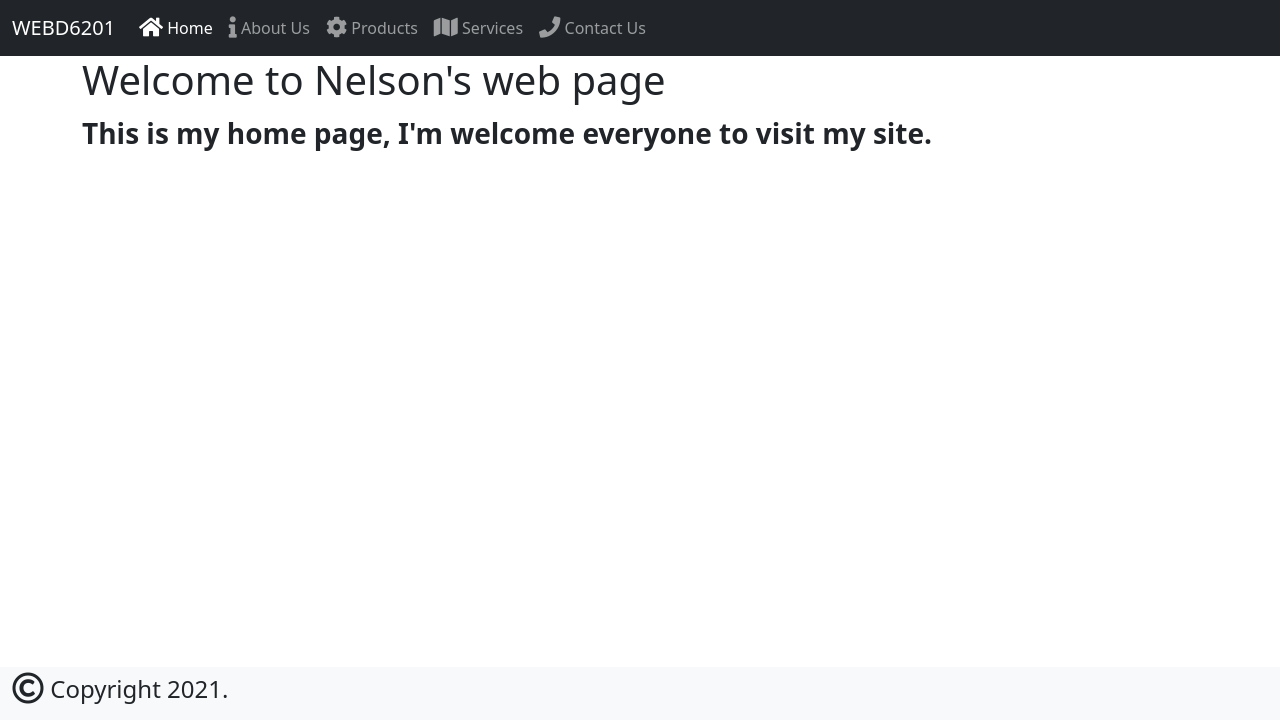
Repository: YiuWingLau/WEBD6201-W2021-Lab1
Page: index.html
These files come from the project's save history. The page is drawn as it stood at one moment and after the next save; the edit follows.
The browser window is 1280 px wide. The pictures show the whole page.

Above is the page before, as saved 2021-02-03 17:24:23.

After the next save:
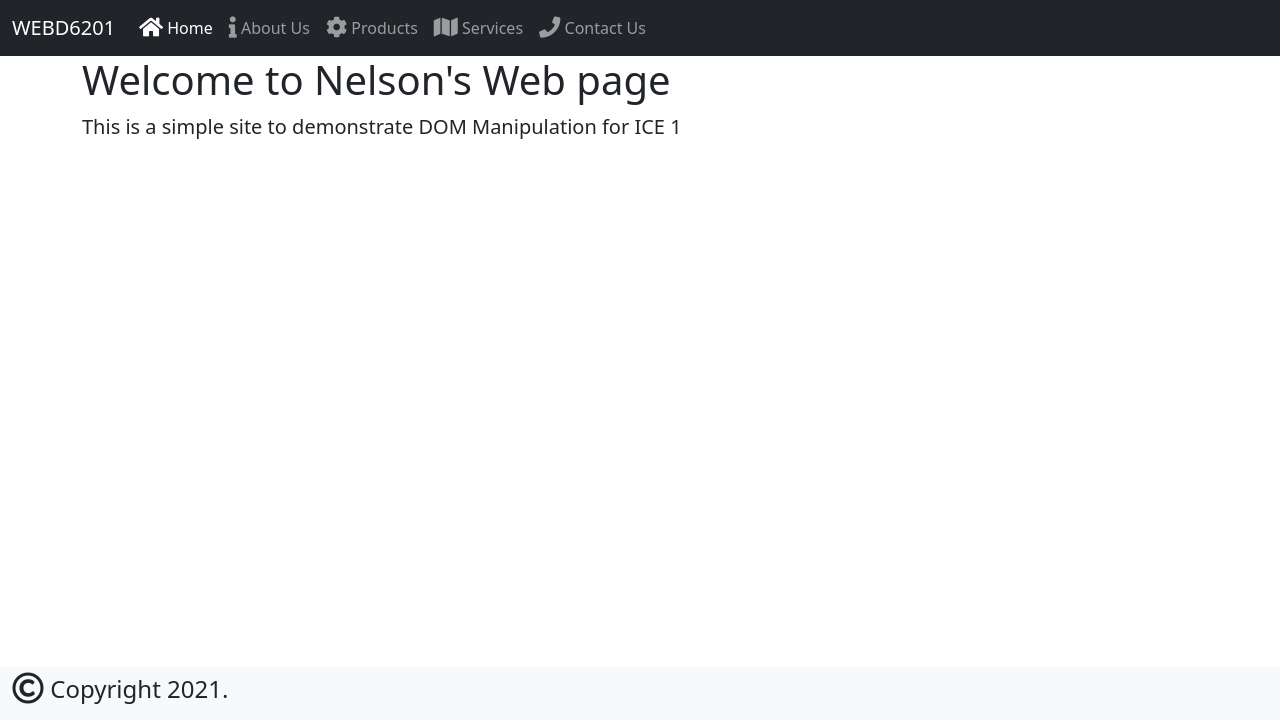
Console error: ReferenceError: mainContent is not defined
Saved 60 s later.
--- a/Scripts/app.js
+++ b/Scripts/app.js
@@ -24,7 +24,7 @@
         newParagraph.setAttribute("id", "paragraphTwo");
         newParagraph.textContent = "...And this is paragraph two";
         // Step 3. select the parent element
-        let mainContent = document.getElementsByTagName("main")[0];
+        let mainContent1 = document.getElementsByTagName("main")[0];
         // Step 4. Add / Insert the element
         mainContent.appendChild(newParagraph);
 
@@ -49,12 +49,12 @@
         //paragraphOneElement.remove();
 
         // example of removeChild
-        mainContent.removeChild(paragraphOneElement);
+        mainContent1.removeChild(paragraphOneElement);
 
         // update / modification
         //mainContent.firstElementChild.textContent = "Welcome Home!";
 
-        mainContent.innerHTML = `<h1 id="firstHeading">Welcome to Nelson's web page</h1>
+        mainContent1.innerHTML = `<h1 id="firstHeading">Welcome to Nelson's web page</h1>
          <p id="paragraphOne" class="fs-3 fw-bold">This is my home page, I'm welcome everyone to visit my site.</p>
         `;
 

After the save that followed:
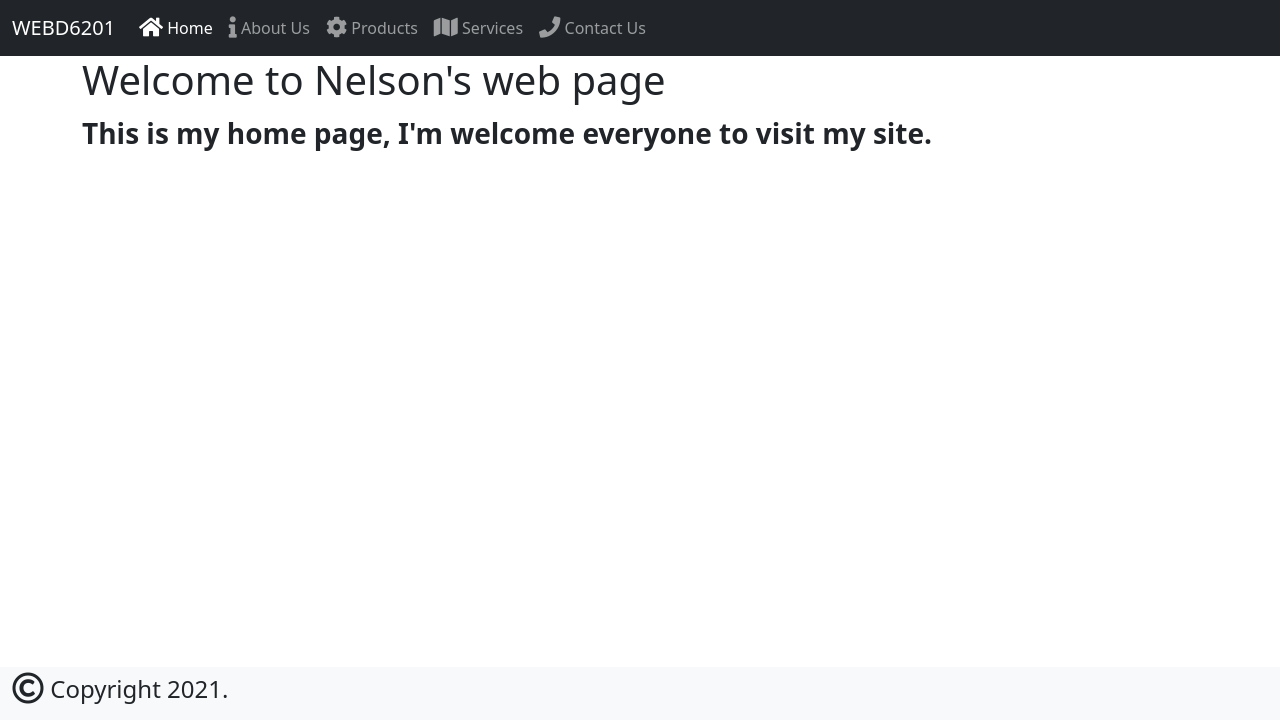
The error is gone.
Saved 41 s later.
--- a/Scripts/app.js
+++ b/Scripts/app.js
@@ -26,7 +26,7 @@
         // Step 3. select the parent element
         let mainContent1 = document.getElementsByTagName("main")[0];
         // Step 4. Add / Insert the element
-        mainContent.appendChild(newParagraph);
+        mainContent1.appendChild(newParagraph);
 
         newParagraph.className = "fs-6";
 
